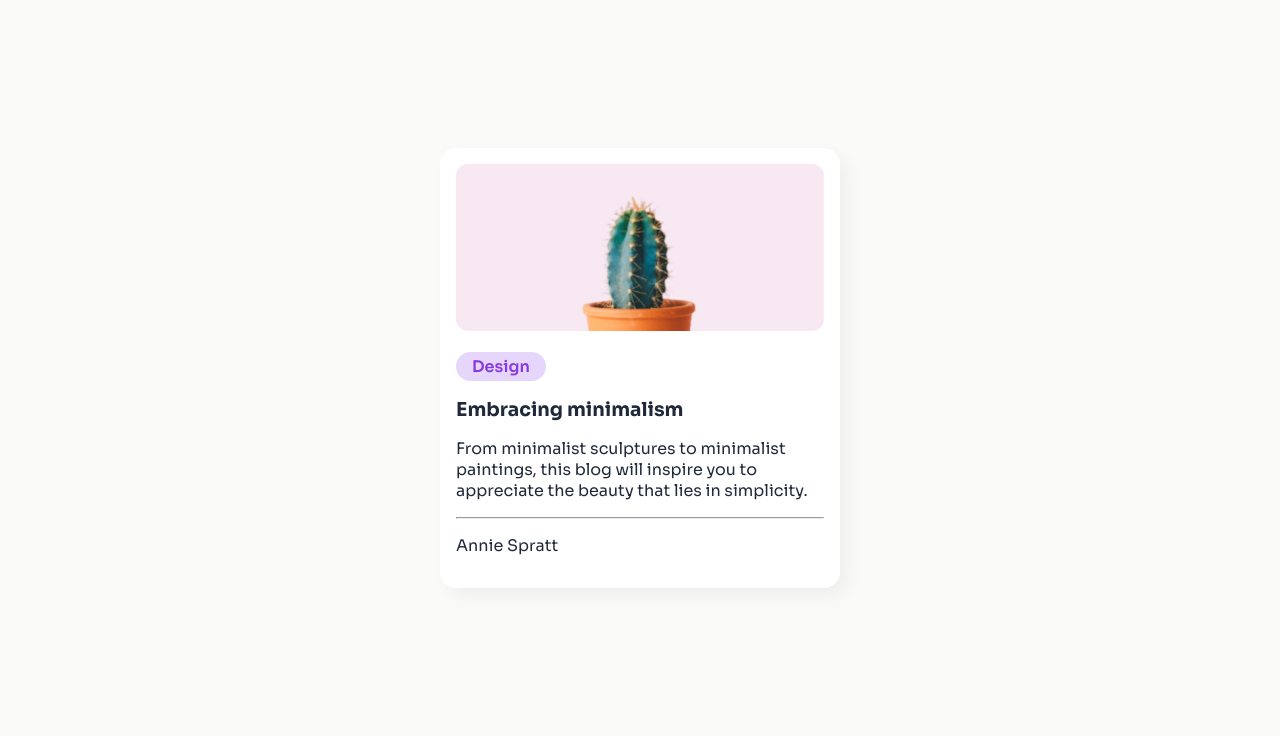
Repository: PCGP22/devChallengesio
Page: 01 - Minimal Blog Card/blogCard.html
These files come from the project's save history. The page is drawn as it stood at one moment and after the next save; the edit follows.
The browser window is 1280 px wide. The pictures show the whole page.

Above is the page before, as saved 2024-01-01 20:01:48.

After the next save:
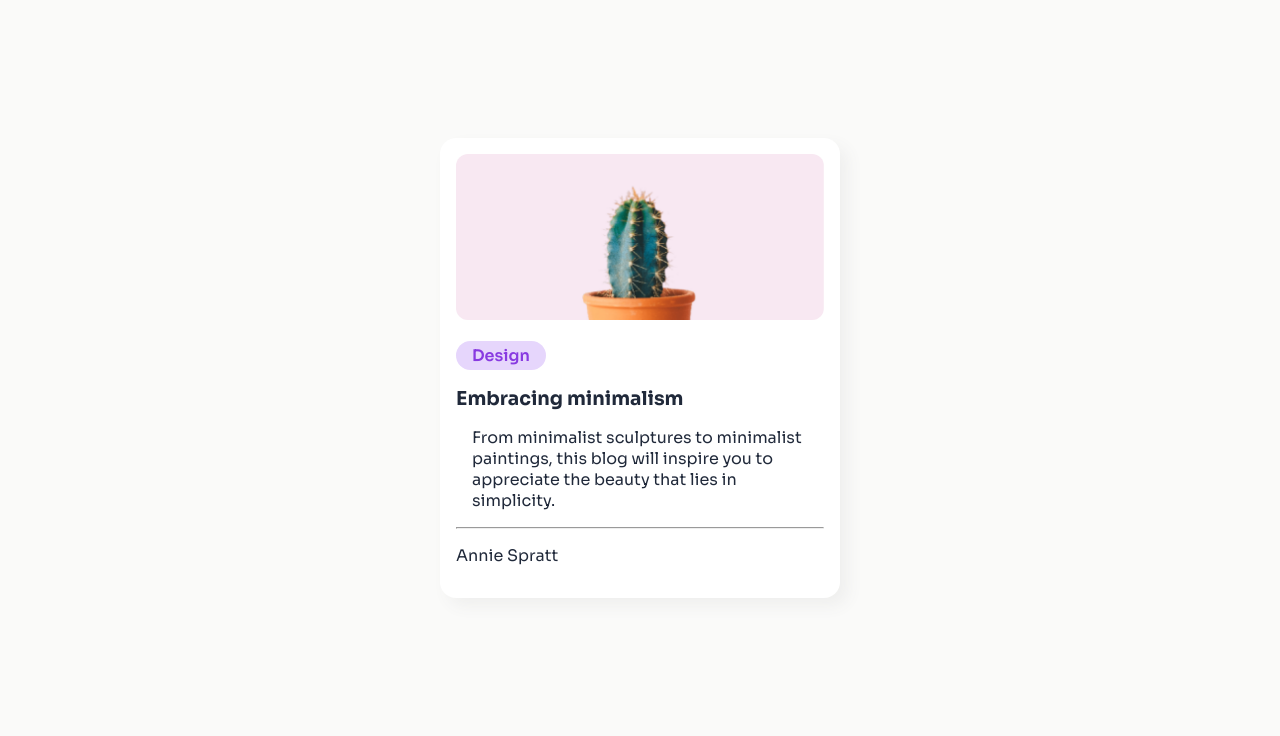
Saved 11 s later.
--- a/01 - Minimal Blog Card/styles.css
+++ b/01 - Minimal Blog Card/styles.css
@@ -51,3 +51,7 @@ h1{
     margin-top: 0;
     margin-bottom: 6px;
 }
+
+.text{
+    margin: 16px;
+}
